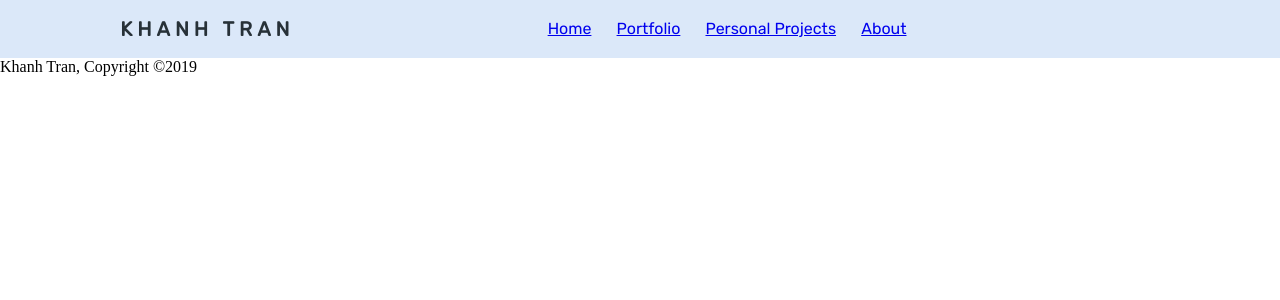
Repository: KTPo/KTPo.github.io
Page: index.html
The author's editor kept a record of every edit. The page is drawn from the files as they stood at one moment, then again after the next edit.
The browser window is 1280 px wide. The pictures show the whole page.

Above is the page before.

### index.html
<!DOCTYPE html>
<html>
    <head>
        <title>Welcome | Khanh's Webpage</title>
        <link rel='icon' href='./previewImages/puzzle.png' type='image/x-icon'/ >
        <link href="https://fonts.googleapis.com/css2?family=Rubik&display=swap" rel="stylesheet">
        <link rel="stylesheet" type="text/css" href="style.css">

        <meta name = "viewport" content = "width=device-width">
        <meta name="description" content="Personal Website">
        <meta name="keywords" content="khanhtran, khanhtranCV">
        <meta name="author" content="Khanh Tran">



    </head>
    <body>
        <header>
            <nav>
                <div class = "logo">
                    <h4>Khanh Tran</h4>
                </div>
                <ul class = "nav-links">
                    <li><a href = "#">Home</a></li>
                    <li><a href = "#">Portfolio</a></li>
                    <li><a href = "#">Personal Projects</a></li>
                    <li><a href = "#">About</a></li>
                </ul>
                <div class = "burger">
                    <div class = "line1">

                    </div>
                    <div class = "line2">

                    </div>
                    <div class = "line3">

                    </div>
                </div>

            </nav>

        </header>



        <footer>
            <p>Khanh Tran, Copyright &copy;2019</p>
        </footer>
    </body>
</html>



<!--- add sticky bar for music???? --->

### style.css
*{
    margin:0px;
    padding:0px;
    box-sizing:border-box;
}

nav{
    display:flex;
    justify-content:space-around;
    align-items:center;
    min-height:8vh;
    font-family: 'Rubik', sans-serif;
    background-color:#dbe8f9;
}

.logo{
    color:#273138;
    text-transform: uppercase;
    letter-spacing:5px;
    font-size:20px;
}

.nav-links{
    display:flex;
    justify-content:space-around;
    width:30%;
}

}
.nav-links a{
    color:#273138;
    text-decoration:none;
    letter-spacing:3px;
    font-weight:bold;
    font-size:14px;
}

.nav-links li{
    list-style:none;
    text-decoration:none;
}

After the next edit:
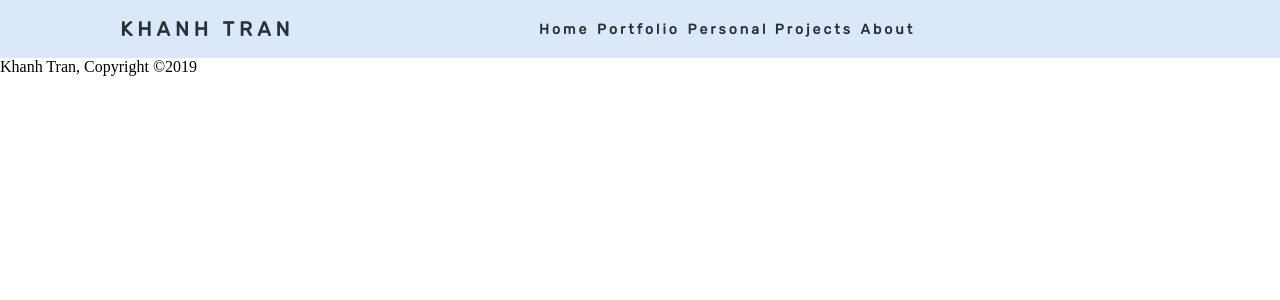
The edit:
--- a/style.css
+++ b/style.css
@@ -26,7 +26,11 @@
     width:30%;
 }
 
+.nav-links li{
+    list-style:none;
+    text-decoration:none;
 }
+
 .nav-links a{
     color:#273138;
     text-decoration:none;
